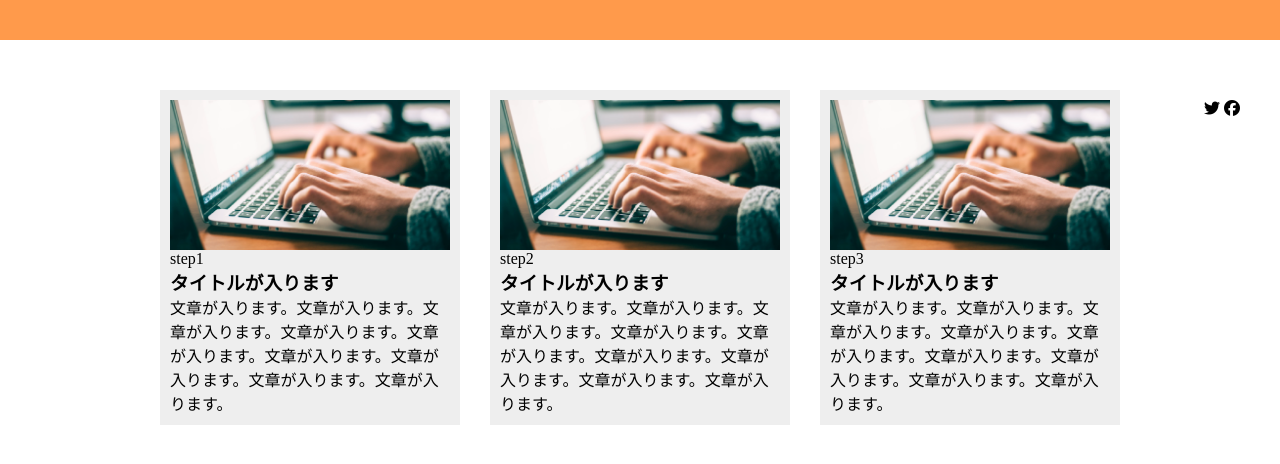
Repository: 825814/caravan2
Page: chapter9/index.html
The author's editor kept a record of every edit. The page is drawn from the files as they stood at one moment, then again after the next edit.
The browser window is 1280 px wide. The pictures show the whole page.
Some web libraries are served in a nearby version.

Above is the page before.

After the next edit:
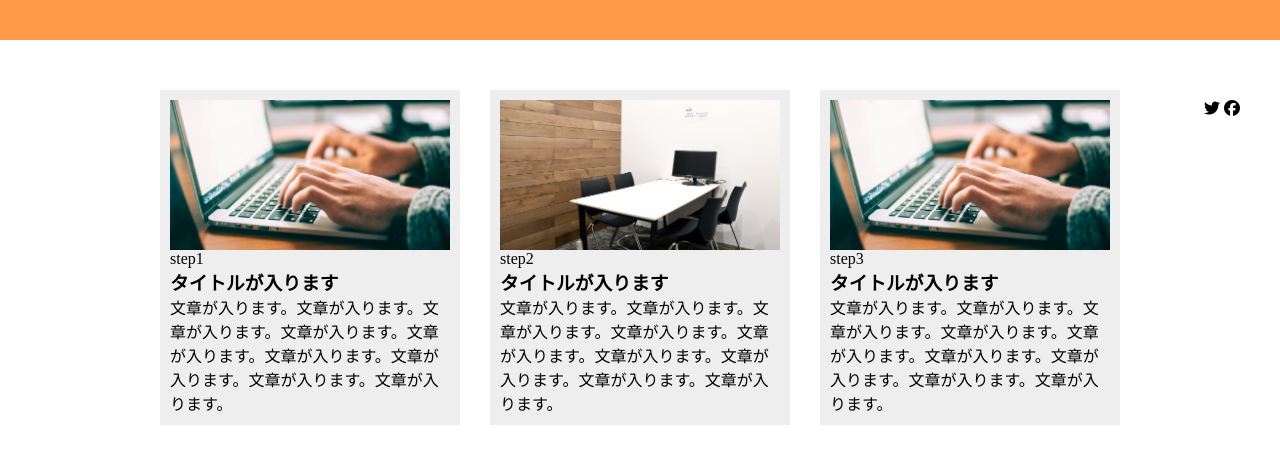
The edit:
--- a/chapter9/style.css
+++ b/chapter9/style.css
@@ -46,7 +46,7 @@
 
 .step-img2 {
   height: 150px;
-  background-image: url(img/flow01.png);
+  background-image: url(img/flow02.png);
   background-position: bottom;
   background-size: cover;
 }
